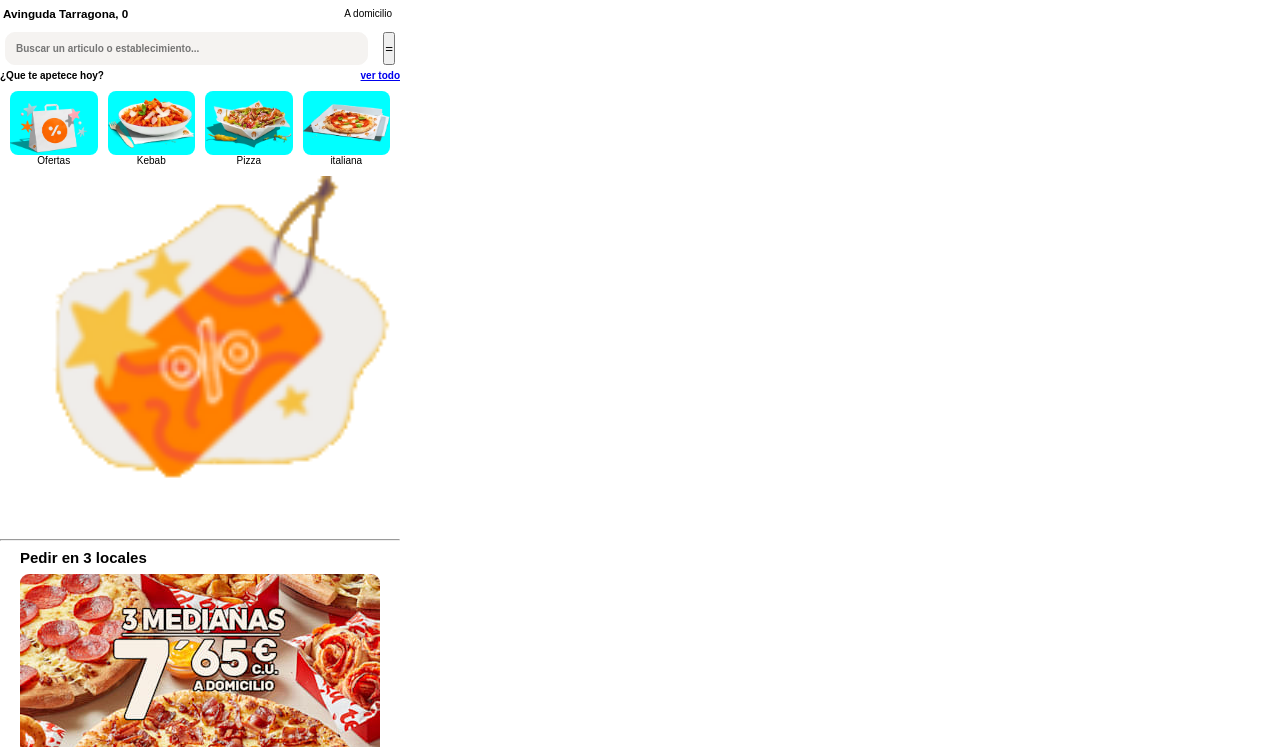
Repository: Srpinedaa/justEat
Page: index.html
An editor plug-in stored every save of this project. The page is shown before and after the next save, followed by the edit.
The browser window is 1280 px wide. The pictures show the part of the page from y = 0 to 747 px (the page is 1333 px tall).
A picture or video elsewhere on the page could not be fetched, so the positions and the page height are approximate.

Above is the page before, as saved 2024-10-02 16:44:20.

### index.html
<!DOCTYPE html>
<html lang="en">

<head>
    <meta charset="UTF-8">
    <meta name="viewport" content="width=, initial-scale=1.0">
    <title>Just Eat</title>
    <link rel="stylesheet" href="css/estilos.css">
</head>

<body>
    <div id="all">
        <header>
            <div id="navDireccion">
                <h3 class="direccion">Avinguda Tarragona, 0</h3>
                <div class="formaPedido">
                    <p>A domicilio</p>
                </div>
            </div>

            <div id="navBuscador">
                <input type="text" placeholder="Buscar un articulo o establecimiento...">
                <button>=</button>
            </div>
        </header>
        <main>
            <div id="contenido">
                <div id="bloque1">
                    <section class="bloque1Sesion1">
                        <h4>¿Que te apetece hoy?</h4>
                        <h4><a href="#">ver todo</a></h4>
                    </section>
                    <section class="bloque1Sesion2">
                        <div class="fotoComida">
                            <img src="img/ofertas.png" alt="ofertas">
                            <p>Ofertas</p>
                        </div>
                        <div class="fotoComida">
                            <img src="img/italiana.png" alt="italiana">
                            <p>Kebab</p>
                        </div>
                        <div class="fotoComida">
                            <img src="img/kebab.png" alt="kebab">
                            <p>Pizza</p>
                        </div>
                        <div class="fotoComida">
                            <img src="img/pizza.png" alt="pizza">
                            <p>italiana</p>
                        </div>
                    </section>
                </div>
                <div id="bloque2">
                    <div id="slideShow">
                        <img src="img/descuento.png" alt="descuentos">
                    </div>
                </div>
                <hr>
                <div id="bloque3">
                    <h2>Pedir en 3 locales</h2>
                    <section class="bloquePedidos">
                        <div class="pedido">
                            <div class="imagenPedido">
                                <img src="img/pizza.jpg" alt="pizza">
                            </div>
                            <div class="informacionPedido">
                                <h5>Telepiza Tarrega</h5>
                                <p>4.0(27) · Pizza, italiana</p>
                                <p>25-40 mins 1.95€ entrega Min 13.95€</p>
                                <p>20% de descuentos en articulos selecionados</p>
                            </div>
                        </div>
                        <div class="pedido">
                            <div class="imagenPedido">
                                <img src="img/kebab1.jpg" alt="pizza">
                            </div>
                            <div class="informacionPedido">
                                <h5>Bon sabor</h5>
                                <p>4.5(26)</p>
                                <p>Kebab, pizza</p>
                                <p>929 m</p>
                            </div>
                        </div>
                        <div class="pedido">
                            <div class="imagenPedido">
                                <img src="img/kebab2.webp" alt="pizza">
                            </div>
                            <div class="informacionPedido">
                                <h5>Doner Kebab Rey</h5>
                                <p>3.7(3)</p>
                                <p>Kebab, pizza</p>
                                <p>1.6km</p>
                            </div>
                        </div>
                    </section>
                </div>
            </div>
        </main>
        <footer></footer>
    </div>
</body>

</html>

### css/estilos.css
*{
    margin: 0;
    padding: 0;
    box-sizing: border-box;
    font-family: sans-serif;
}

html{
    font-size: 62.5%;
}

#all{
    /* border: 1px solid red; */
    overflow: hidden;
    width: 40rem;

}

#navDireccion{
    /* border: 1px solid green; */
    display: flex;
    justify-content: space-between;
    margin-bottom: 9px;
    padding: 3px;
    align-items: center;
    margin: 0;
}

#navBuscador{
    padding: 5px;
    /* border: 1px solid blue; */
    display: flex;
    justify-content: space-between;
}

#navBuscador input{
    width: 93%;
    border-radius: 1rem;
    padding: 1rem;
    border: 1px solid #f5f3f1;
    background-color: #f5f3f1;
    font-size: 1rem;
    font-weight: bolder;

}

.buscador{
    /* border: 1px solid red; */
    border-radius: 7px;
    padding: 5px;
}


#slideShow{
    width: 100%;
    height: auto;
    margin-bottom: 2rem;
    padding: 5px;
    /* border: 1px solid cadetblue; */
}

#slideShow img{
    width: 100%;
    height: 100%;
}

.formaPedido{
    /* border: 1px solid red; */
    border-radius: 7px;
    padding: 5px;
}

#contenido{
    /* border: 1px solid green; */
}

#bloque1{
    /* border: 1px solid blue; */
    display: flex;
    flex-direction: column;
}

.bloque1Sesion1{
    /* border: 1px solid pink; */
    display: flex;
    justify-content: space-between;
}

.bloque1Sesion2{
    /* border: 1px solid brown; */
    display: flex;
    width: 100%;
    justify-content: space-between;
    padding: 5px;
}

.fotoComida{
    width: 20rem;
    height: 8rem;
    padding: 5px;
    display: flex;
    flex-direction: column;
    align-items: center;
}

.fotoComida img{
    width: 100%;
    height: 100%;
    border-radius: 8px;

    background-color: aqua;

    /* border: 1px solid salmon; */
}

#bloque3{
    margin-top: 8px;
}

#bloque3 h2{
    margin-bottom: 8px;
    margin-left: 2rem;
}

.bloquePedidos{
    /* border: 1px solid blue; */
}

.pedido{
    width: 100%;
    /* border: 1px solid green; */
    display: flex;
    flex-direction: column;
    border-radius: 8px;
    margin-bottom: 8px;
}

.imagenPedido{
    width: 36rem;
    /* border: 1px solid red; */
    display: flex;
    justify-content: center;
    align-items: center;
    height: 18rem;
    overflow: hidden;
    border-top-right-radius: 9px;
    border-top-left-radius: 9px;
    margin: 0 auto;

    /* position: relative; */
}

.informacionPedido{
    width: 36rem;
    /* background-color: wheat; */
    display: flex;
    flex-direction: column;
    flex-wrap: wrap;
    margin: 0 auto;
    padding: 1rem;
    border-bottom-left-radius: 9px;
    border-bottom-right-radius: 9px;
    border: 1px solid #f2f2f2;

}

.informacionPedido h5{
    width: 100%;
}

.informacionPedido p:last-child{
    width: 100%;
}

After the next save:
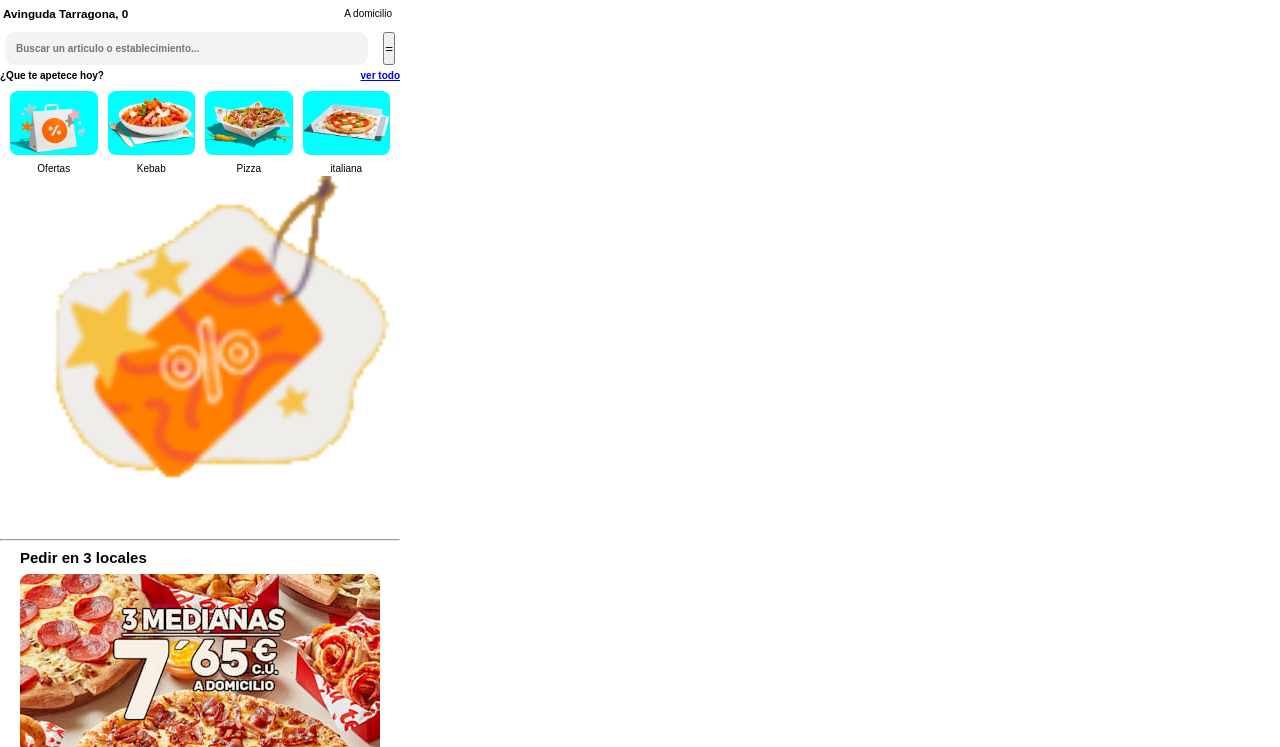
Saved 112 s later.
--- a/css/estilos.css
+++ b/css/estilos.css
@@ -113,6 +113,10 @@
     /* border: 1px solid salmon; */
 }
 
+.fotoComida p{
+    margin-top: 8px;
+}
+
 #bloque3{
     margin-top: 8px;
 }

After the save that followed:
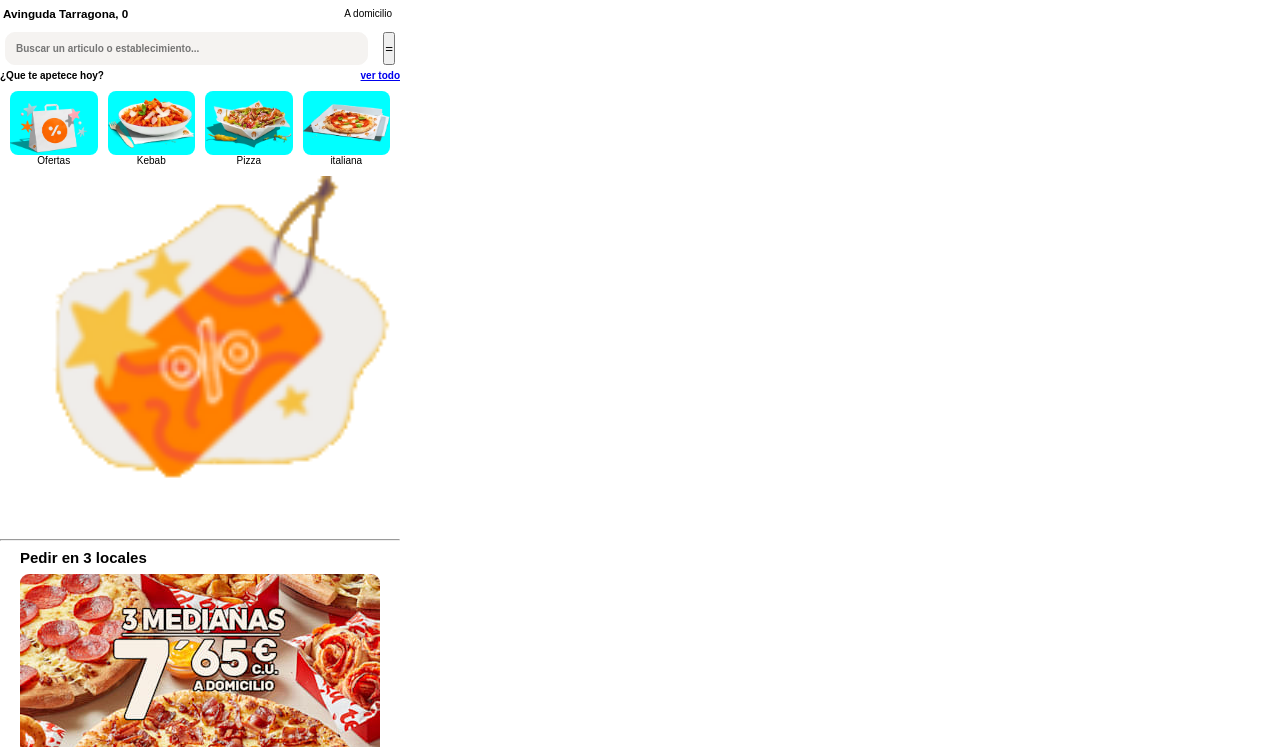
Saved 12 s later.
--- a/css/estilos.css
+++ b/css/estilos.css
@@ -114,7 +114,7 @@
 }
 
 .fotoComida p{
-    margin-top: 8px;
+    margin-top: 8px 0;
 }
 
 #bloque3{
